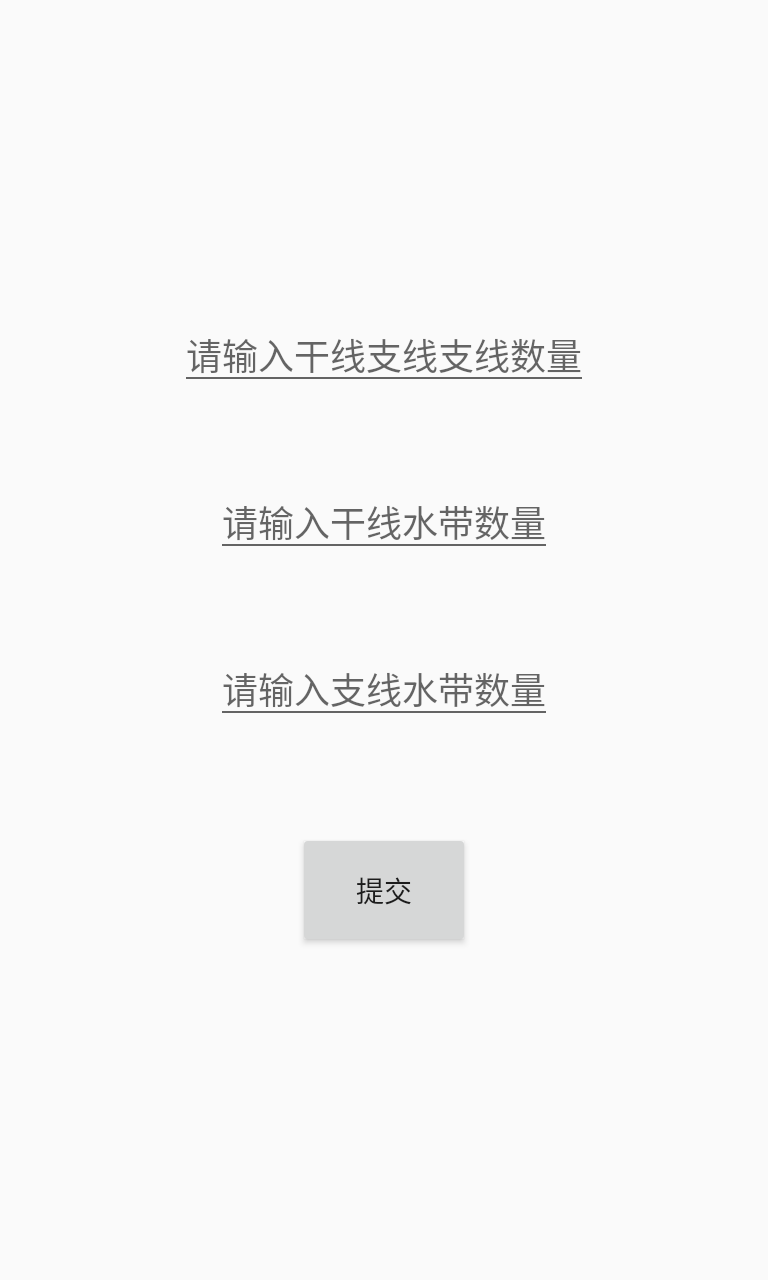
Repository: hohoTT/fireWork_handle_app
Layout: fireWork_handle_app/res/layout/water_power_fire_building.xml
The author's editor kept a copy of each file at every save. The layout is drawn from the files as they stood at one save, then again after the next save.
It is drawn on a 768 x 1280 px phone screen (xhdpi) without system bars, with theme AppTheme; the app's code is not run.

Above is the layout before, as saved 2016-03-04 08:30:06.

After the next save:
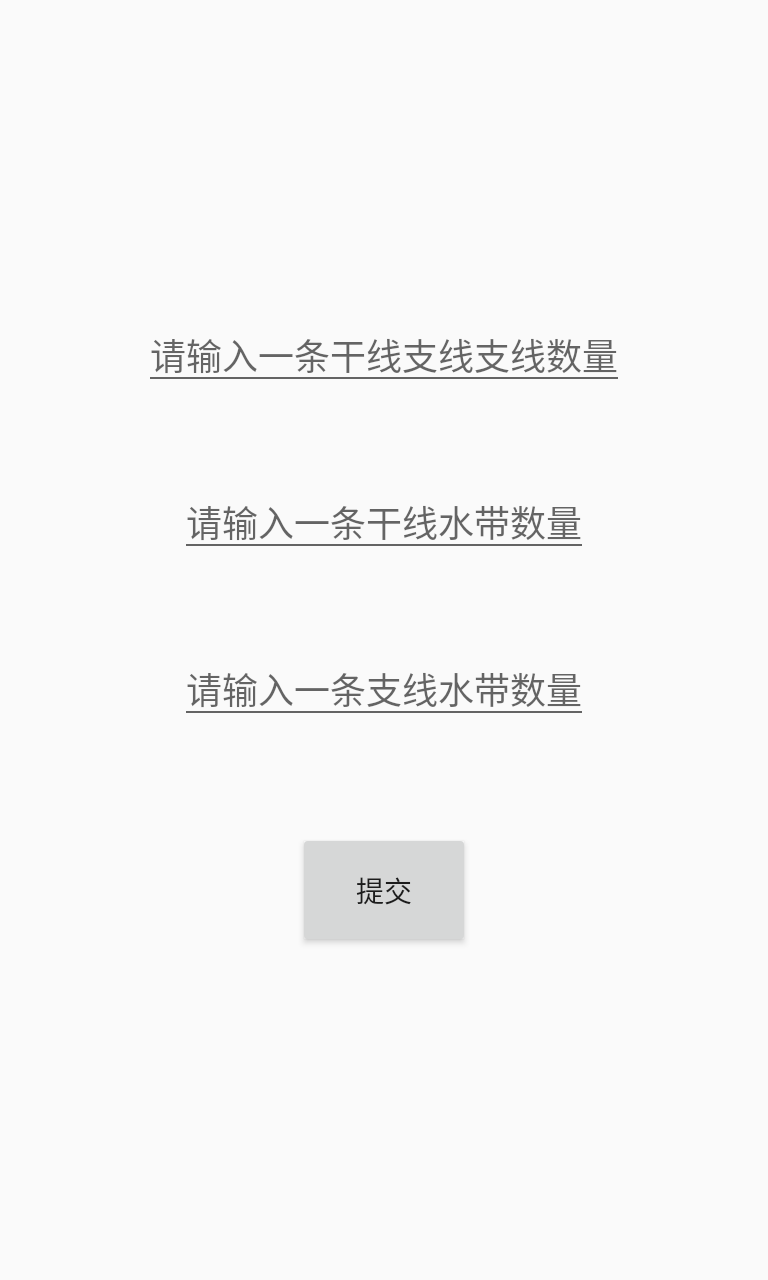
Saved 15 s later.
--- a/fireWork_handle_app/res/values/strings.xml
+++ b/fireWork_handle_app/res/values/strings.xml
@@ -28,9 +28,9 @@
     <string name="olican_type_drift">浮顶油罐</string>
     <string name="olican_fire_foam_area">请输入油罐的燃烧面积</string>
     <string name="olican_fire_foam_flow">请输入流量</string>
-    <string name="water_power_fire_building_count_feeder">请输入干线支线支线数量</string>
-    <string name="water_power_fire_building_count_groundline_band">请输入干线水带数量</string>
-    <string name="water_power_fire_building_count_feeder_band">请输入支线水带数量</string>
+    <string name="water_power_fire_building_count_feeder">请输入一条干线支线支线数量</string>
+    <string name="water_power_fire_building_count_groundline_band">请输入一条干线水带数量</string>
+    <string name="water_power_fire_building_count_feeder_band">请输入一条支线水带数量</string>
 
 
 
